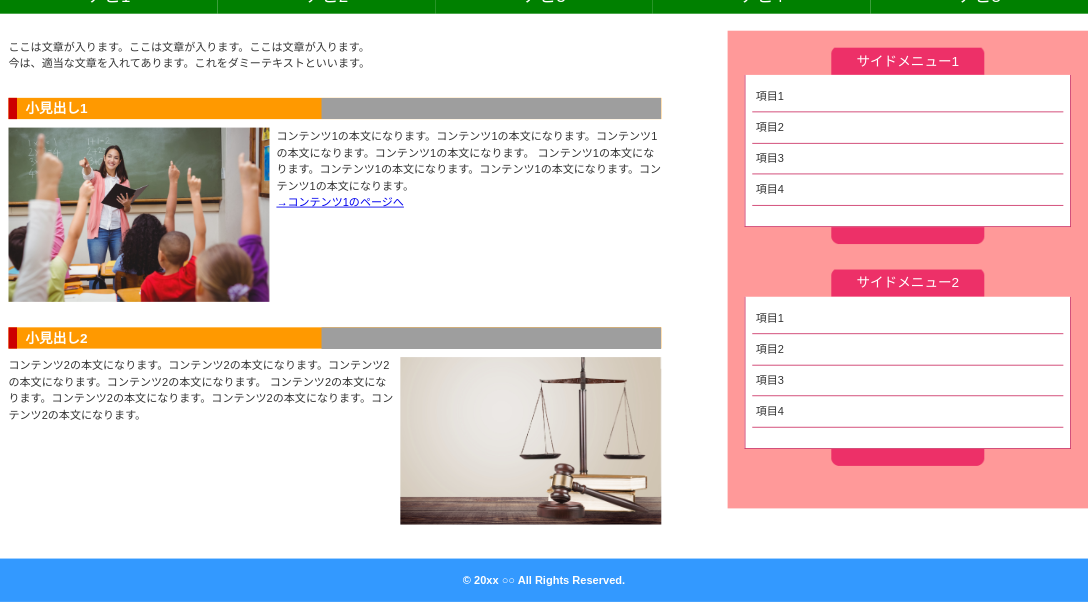
Repository: Kaede-1/samurai_HTML-CSS
Page: webpege/index.html
The author's editor kept a record of every edit. The page is drawn from the files as they stood at one moment, then again after the next edit.
The browser window is 1280 px wide. The pictures show the part of the page from y = 986 to 2256 px (the page is 1694 px tall before and 2256 px after), at 85% of full size.
Pictures or frames that could not be fetched are drawn as grey boxes. A picture or video elsewhere on the page could not be fetched, so the positions and the page height are approximate.

Above is the page before.

After the next edit:
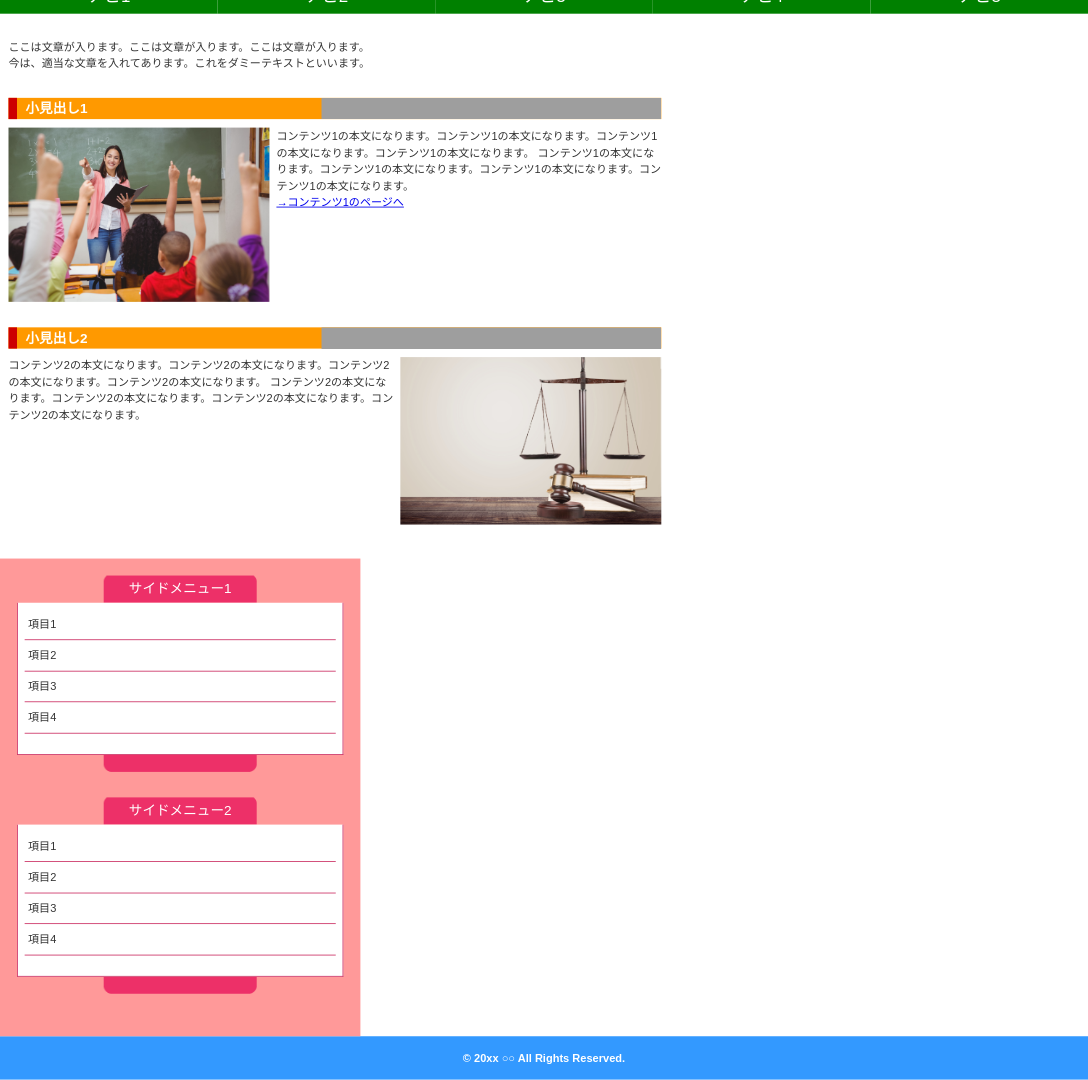
The edit:
--- a/webpege/stylesheet.css
+++ b/webpege/stylesheet.css
@@ -79,6 +79,8 @@
 	padding: auto;
 	padding-top: 20px;
 	clear: both;
+	display: grid;
+	grid-template-columns:70
 }
 /* -------------------- main -------------------- */
 #main {
